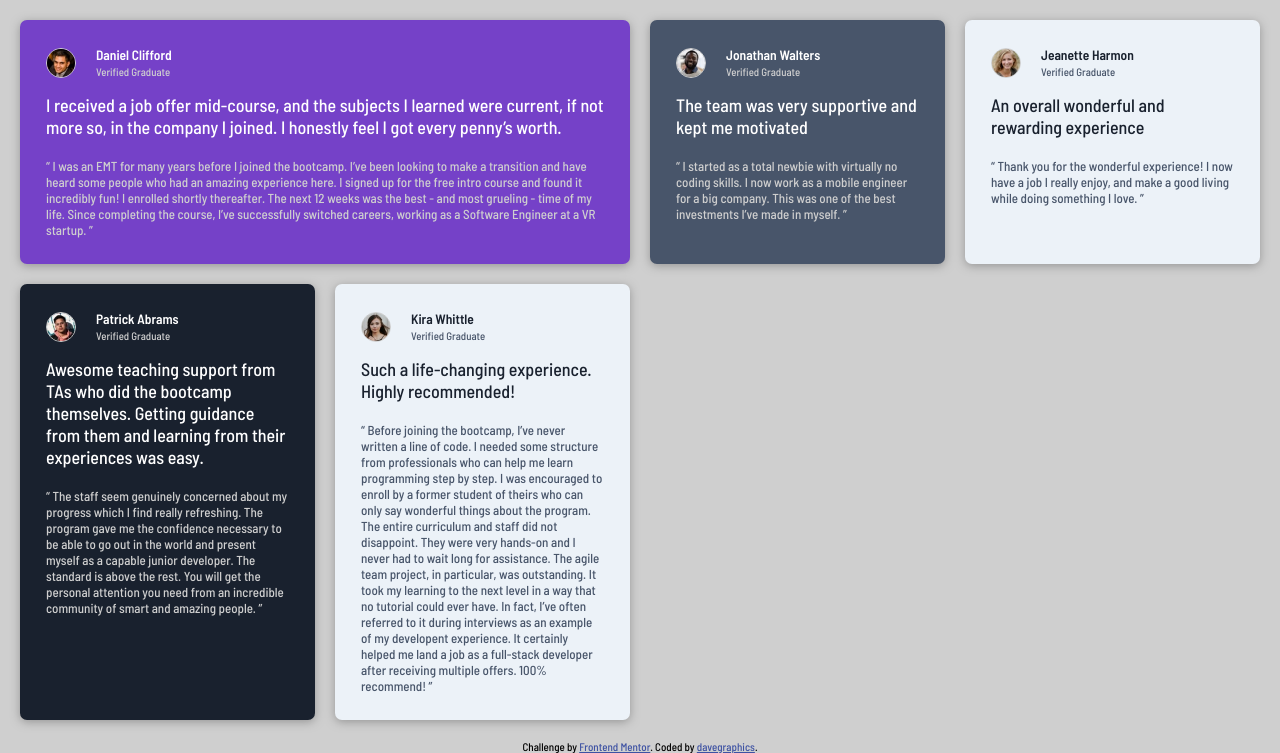
Repository: DejV44/testimonials_grid_section_main
Page: index.html
These files come from the project's save history. The page is drawn as it stood at one moment and after the next save; the edit follows.
The browser window is 1280 px wide. The pictures show the whole page.
The style sheet was rebuilt from its Sass, Less or Tailwind sources for each picture, by a compiler version that may differ from the author's.

Above is the page before, as saved 2021-07-15 19:42:34.

After the next save:
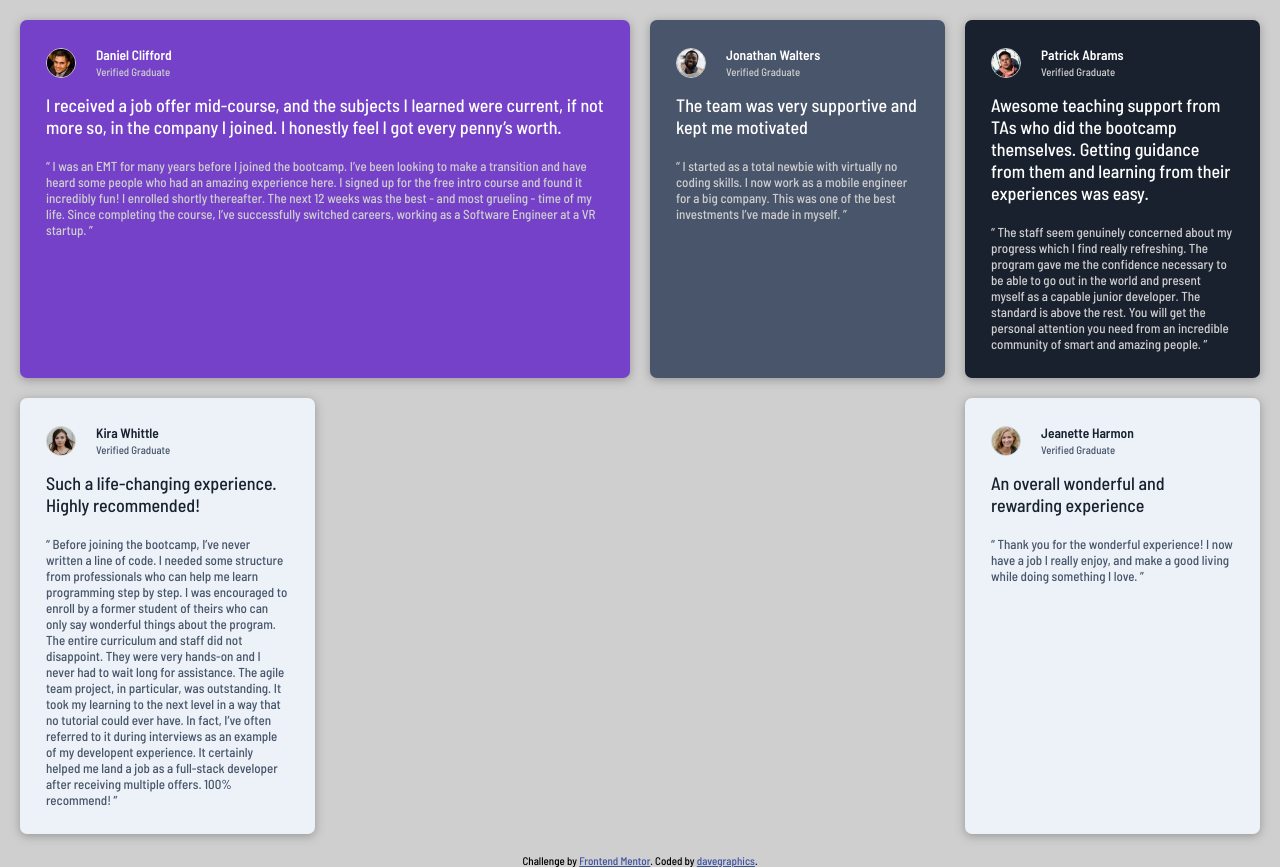
Saved 22 s later.
--- a/css/style.scss
+++ b/css/style.scss
@@ -131,6 +131,7 @@ body {
             }
             &.lgblue {
                 grid-column: 4/4;
+                grid-row: 2;
             }
         }
     }
